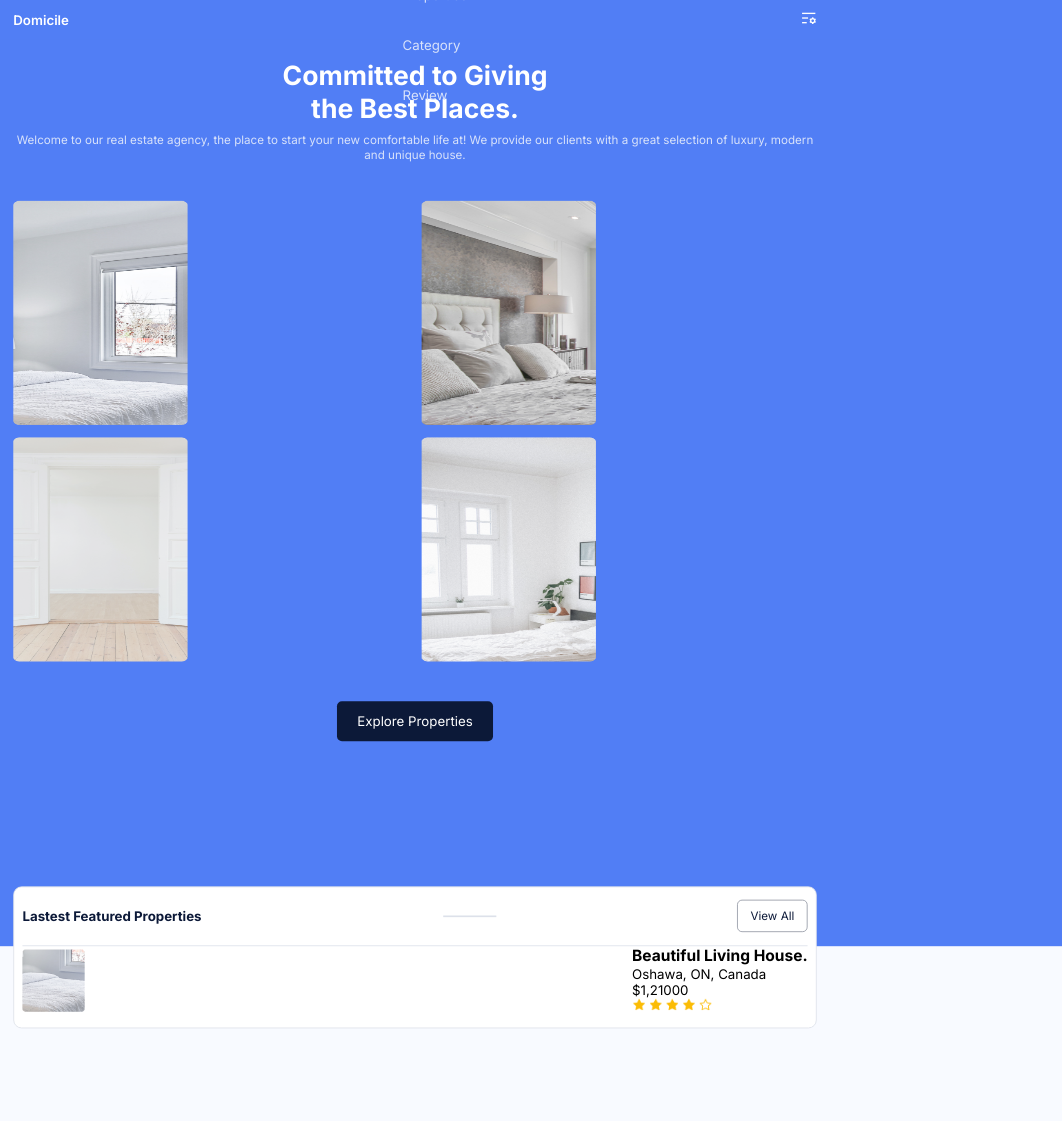
Repository: haokiet2501/domicile-real-estate
Page: index.html
The author's editor kept a copy of each file at every save. The page is drawn from the files as they stood at one save, then again after a run of saves.
The browser window is 1280 px wide. The pictures show the whole page, at 83% of full size.
The style sheet was rebuilt from its Sass, Less or Tailwind sources for each picture, by a compiler version that may differ from the author's.

Above is the page before, as saved 2022-06-11 16:09:52.

### index.html
<!DOCTYPE html>
<html lang="en">
<head>
    <meta charset="UTF-8">
    <meta http-equiv="X-UA-Compatible" content="IE=edge">
    <meta name="viewport" content="width=device-width, initial-scale=1.0">
    <link href="https://cdn.jsdelivr.net/npm/remixicon@2.5.0/fonts/remixicon.css" rel="stylesheet">
    <link rel="stylesheet" href="sass/css/styles.css">
    <title>Real Estate Website - Domicile</title>
</head>
<body>
    <header class="header" id="header">
        <nav class="nav container">
            <a href="#" class="nav__logo">Domicile</a>

            <div class="nav__menu" id="nav-menu">
                <ul class="nav__list">
                    <li class="nav__item">
                        <a href="#" class="nav__link active-link">Home</a>
                    </li>
                    <li class="nav__item">
                        <a href="#" class="nav__link">Properties</a>
                    </li>
                    <li class="nav__item">
                        <a href="#" class="nav__link">Category</a>
                    </li>
                    <li class="nav__item">
                        <a href="#" class="nav__link">Review</a>
                    </li>
                </ul>

                <i class="ri-close-line nav__close" id="nav-close"></i>
            </div>

            <div class="nav__toggle" id="nav-toggle">
                <i class="ri-list-settings-line"></i>
            </div>
        </nav>
    </header>

    <main class="main">
        <section class="home section" id="home">
            <div class="home__container container grid">
                <div class="home__data">
                    <h1 class="home__data-subtitle">
                        Committed to Giving<br>the Best Places.
                    </h1>
                    <p class="home__data-title">
                        Welcome to our real estate agency, the place to start your new comfortable life at! We provide our clients with a great selection of luxury, modern and unique house.
                    </p>
                </div>

                <div class="home__images">
                    <img src="imgs/hero-one.png" alt="">
                    <img src="imgs/hero-two.png" alt="">
                    <img src="imgs/hero-three.png" alt="">
                    <img src="imgs/hero-four.png" alt="">
                </div>

                <div class="home__button">
                    <a href="#" class="button">Explore Properties</a>
                </div>
            </div>
        </section>

        <section class="futured" id="futured">
            <div class="futured__container container">
                <div class="futured__properties">
                    <div class="futured__properties-content">
                        Lastest Featured Properties
                    </div>
                    <div class="futured__properties-line"></div>
                    <div class="futured__properties-button">View All</div>
                </div>

                <div class="futured__card">
                    <img class="futured__card-img" src="imgs/future.png" alt="">
                    <div class="futured__card-layouts">
                        <div class="futured__card-text">
                            <h3>Beautiful Living House.</h3>
                            <p>Oshawa, ON, Canada</p>
                        </div>
                        <div class="futured__card-price">
                            <p>$1,21000</p>
                            <img src="imgs/rating.png" alt="">
                        </div>
                        <div class="futured__card-future-btn">

                        </div>
                    </div>
                </div>
            </div>
        </section>
    </main>
    <script src="app.js"></script>
</body>
</html>

### app.js
// Show Menu
const navMenu = document.getElementById('nav-menu'),
    navToggle = document.getElementById('nav-toggle'),
    navClose = document.getElementById('nav-close');

if (navToggle) {
    navToggle.addEventListener('click', () => {
        navMenu.classList.add('show-menu');
    });
}

if(navClose) {
    navClose.addEventListener('click', () => {
        navMenu.classList.remove('show-menu');
    })
}

### sass/styles.scss
@import './base/base';
@import './main/main';

### sass/base/_base.scss
@import url('https://fonts.googleapis.com/css2?family=Inter:wght@400;500;600;700;800;900&display=swap');

* {
    margin: 0;
    padding: 0;
    box-sizing: border-box;
}

html {
    scroll-behavior: smooth;
}

body {
    font-family: 'Inter', sans-serif;
    font-style: normal;
    background: var(--color-main);
}

ul {
    list-style: none;
}

a {
    text-decoration: none;
}

img {
    max-width: 100%;
    height: auto;
}

button, input {
    border: none;
    outline: none;
}

:root {
    --header-height: 3rem;

    --color-main: #F8FAFF;
    --color-bg-header: #517EF5;
    --white-color: #FFFFFF;
    --color-nav: #D8E2FA;
    --color-footer: #0E1935;
    --color-btn: #0C1938;

    --biggest-font-size: 2.5rem;
    --medium-font-size: 2rem;
    --h1-font-size: 1.5rem;
    --h2-font-size: 1.25rem;
    --h3-font-size: 1rem;
    --normal-font-size: 0.938rem;
    --small-font-size: 0.813rem;
    --smaller-font-size: 0.75rem;

    --font-smaller: 400;
    --font-medium: 500;
    --font-semi-bold: 600;
    --font-semi-big: 700;

     /* Margin Bottom */
    --mb-0-25: 0.25rem;
    --mb-0-5: 0.5rem;
    --mb-0-75: 0.75rem;
    --mb-1: 1rem;
    --mb-1-25: 1.25rem;
    --mb-1-5: 1.5rem;
    --mb-2: 2rem;
    --mb-2-5: 2.5rem;

    --scale-hover: scale(.98);
}

@media screen and (min-width: 968px) {
    :root {
        --biggest-font-size: 4rem;
        --h1-font-size: 2.25rem;
        --h2-font-size: 1.75rem;
        --h3-font-size: 1.25rem;
        --normal-font-size: 1rem;
        --small-font-size: 0.875rem;
        --smaller-font-size: 0.813rem;
    }
}

### sass/main/_main.scss
.header {
    width: 100%;
    position: fixed;
    top: 0;
    left: 0;
    z-index: 100;
    background-color: var(--color-bg-header);
}

.main {
    overflow-x: hidden;
}

.container {
    max-width: 968px;
    margin-left: var(--mb-1);
    margin-right: var(--mb-1);
}

.grid {
    display: grid;
    gap: 1.5rem;
}

.section {
    padding: 4.5rem 0 2.5rem;
}

// NAV
.nav {
    display: flex;
    justify-content: space-between;
    align-items: center;
    height: var(--header-height);

    &__logo,
    &__toggle{
        color: var(--white-color);
    }

    &__logo {
        font-weight: var(--font-semi-bold);
    }

    &__toggle{
        font-size: 1.2rem;
        cursor: pointer;
    }

    &__menu {
        position: relative;

        @media screen and (max-width: 767px){
            position: fixed;
            background-color: var(--color-footer);
            top: 0;
            right: -100%;
            width: 70%;
            height: 100%;
            box-shadow: -1px 0 4px rgba(0, 0, 0, .15);
            padding: 3rem;
            transition: .4s;
        }
    }

    &__list {
        display: flex;
        flex-direction: column;
        row-gap: 2.5rem;
    }

    &__link {
        font-weight: var(--font-smaller);
        color: var(--color-nav);

        &:hover {
            color: var(--white-color);
            transform: var(--scale-hover);
        }
    }

    &__close {
        position: absolute;
        top: .75rem;
        right: 1rem;
        font-size: 1.5rem;
        color: var(--white-color);
        cursor: pointer;
    }
}

// Show menu
.show-menu {
    right: 0;
}

.home {
    background-color: var(--color-bg-header);
    height: calc(165vh - var(--header-height));
    &__container {
        row-gap: 3rem;
    }

    &__data {
        text-align: center;

        &-subtitle {
            color: var(--white-color);
            font-size: var(--medium-font-size);
            font-weight: var(--font-semi-big);
            margin-bottom: 10px;
        }
        &-title {
            color: var(--color-nav);
            font-weight: var(--font-smaller);
            font-size: var(--small-font-size);
        }
    }

    &__images {
        display: grid;
        gap: 15px;
        grid-template-columns: repeat(2, 1fr);

        img {
            width: 210px;
            height: 270px;
            transition: .3s ease-out;

            &:hover {
                transform: var(--scale-hover);
                transition: .3s ease-out;
            }
        }
    }

    &__button {
        display: flex;
        justify-content: center;
        align-items: center;

        .button {
            padding: 14px 24px;
            background-color: var(--color-btn);
            color: var(--white-color);
            border-radius: 6px;
            font-size: var(--normal-font-size);
            transition: .3s ease-out;

            &:hover {
                transform: var(--scale-hover);
                transition: .3s ease-out;
            }
        }
    }
}

.futured {
    position: relative;
    transform: translateY(-4.5rem);
    padding-bottom: 2.5rem;

    &__container {
        background-color: var(--white-color);
        border: 1px solid #DDE1EA;
        border-radius: 10px;
        padding: 15px 10px;
    }

    &__properties {
        display: flex;
        justify-content: space-between;
        align-items: center;
        border-bottom: 1px solid #DDE1EA;
        padding-bottom: 1rem;

        &-content {
            font-weight: var(--font-semi-big);
            color: var(--color-btn);

        }

        &-line {
            width: calc(var(--header-height) + 1rem);
            height: 1px;
            border: 1px solid #DDE1EA;
        }

        &-button {
            border: 1px solid #9398A4;
            padding: 10px 15px;
            border-radius: 6px;
            color: var(--color-btn);
            font-weight: var(--font-smaller);
            font-size: var(--small-font-size);
            transition: .3s ease-out;

            &:hover {
                transform: var(--scale-hover);
                transition: .3s ease-out;
            }
        }
    }

    &__card {
        display: flex;
        justify-content: space-between;
        align-items: center;

        &-img {
            width: 75px;
            height: 75px;
        }
    }
}

### imgs/vector.svg
<svg width="22" height="22" viewBox="0 0 22 22" fill="none" xmlns="http://www.w3.org/2000/svg">
<path d="M1 21L21 1M21 1H1M21 1V21" stroke="#0C1938" stroke-width="1.5" stroke-linecap="round" stroke-linejoin="round"/>
</svg>

After the next 3 saves:
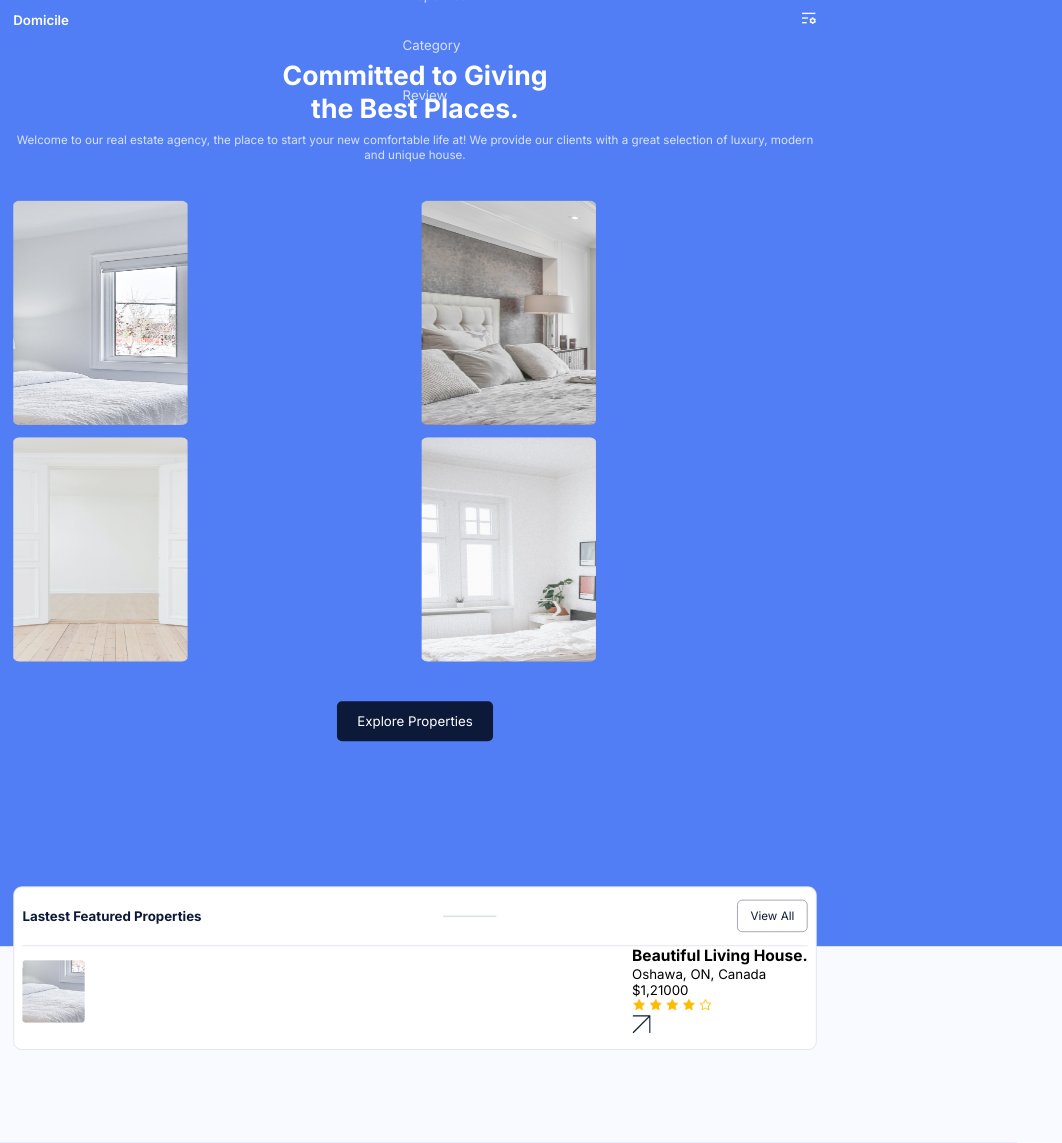
The 3 saves are shown as one change because they came seconds apart.
The last was saved 10 s later.
--- a/index.html
+++ b/index.html
@@ -85,7 +85,7 @@
                             <img src="imgs/rating.png" alt="">
                         </div>
                         <div class="futured__card-future-btn">
-
+                            <img src="imgs/vector.svg" alt="">
                         </div>
                     </div>
                 </div>

After the 2 saves that followed:
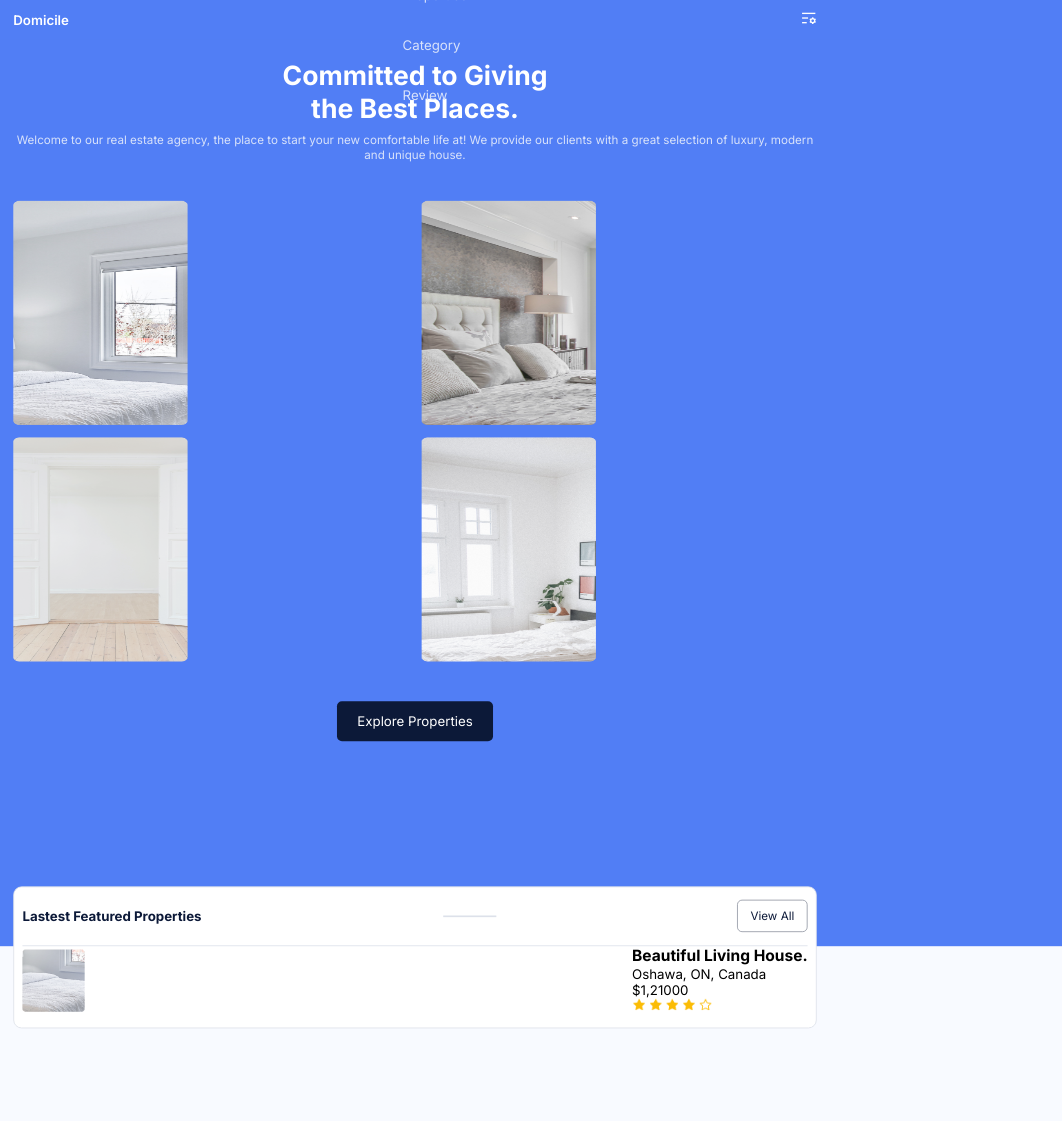
The 2 saves are shown as one change because they came seconds apart.
The last was saved 11 s later.
--- a/index.html
+++ b/index.html
@@ -85,7 +85,7 @@
                             <img src="imgs/rating.png" alt="">
                         </div>
                         <div class="futured__card-future-btn">
-                            <img src="imgs/vector.svg" alt="">
+
                         </div>
                     </div>
                 </div>
